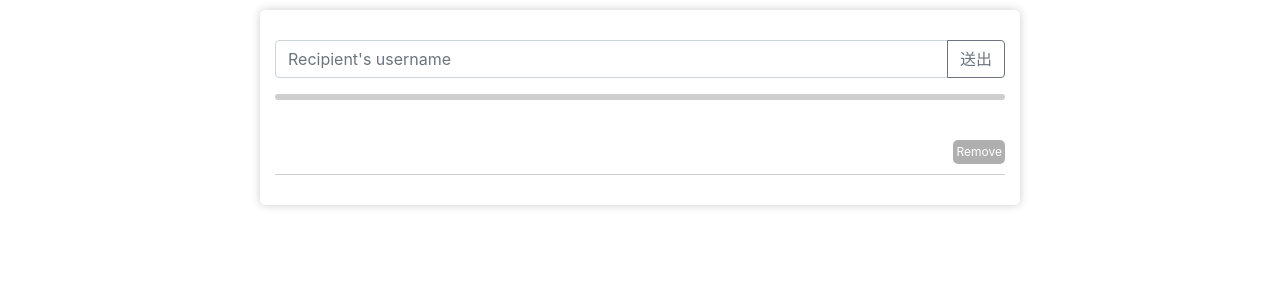
Repository: iian0910/vue3_todoList
Page: /
The author's editor kept a copy of each file at every save. The page is drawn from the files as they stood at one save, then again after the next save.
The browser window is 1280 px wide. The pictures show the whole page.
The project was rebuilt for these pictures with package versions that can differ from the ones it lists, and the page was loaded fresh each time.

Above is the page before, as saved 2021-02-23 16:57:53.

### src/App.vue
<template>
  <TodoList/>
</template>

<script lang="ts">
import { defineComponent } from 'vue'
import TodoList from './components/TodoList.vue'

export default defineComponent({
  name: 'App',
  components: {
    TodoList
  }
})
</script>

<style lang="scss">
@import './assets/scss/all';
</style>

### src/assets/scss/all.scss
@import '~bootstrap/scss/bootstrap.scss';
@import './helpers/variables';

### src/components/TodoList.vue
<template>
  <div class="container">
    <div class="row">
      <div class="col-8 offset-2 content">
        <!-- input 輸入框 -->
        <div class="input-group mb-3">
          <input
            type="text"
            class="form-control"
            placeholder="Recipient's username"
            v-model="newTodo">
          <div class="input-group-append">
            <button
              class="btn btn-outline-secondary"
              type="button"
              @click="addTodo">送出</button>
          </div>
        </div>
        <!---->

        <div class="segmentation"></div>

        <!-- List 展示 -->
        <ul class="list">
          <li class="list-item d-flex justify-content-between align-items-center" v-for="(todo, index) in todoList" :key="index">
            <label class="list-item-title m-0 p-0">{{todo.title}}</label>
            <div
              class="remove-list"
              @click="removeTodo(index)">Remove</div>
          </li>
        </ul>
        <!---->
      </div>
    </div>
  </div>
</template>
<script lang="ts">
import { onMounted, onUpdated, reactive, ref } from 'vue'

interface Todo {
  // eslint-disable-next-line @typescript-eslint/member-delimiter-style
  id: string
  // eslint-disable-next-line @typescript-eslint/member-delimiter-style
  title: string
}

export default {
  name: 'TodoList',
  setup () {
    // ref:
    // 可以接受「任何型態」的資料
    // 但是不會對「物件」或「陣列」內部的屬性變動做監聽

    // reactive
    // 「只接受」物件或陣列，可以做深層的監聽
    // 以及取得資料不需要 「.value」
    const newTodo = ref('')
    const todoList = reactive<Todo[]>([])

    // methods
    function addTodo () {
      if (newTodo.value) {
        todoList.push({
          id: Math.floor(Date.now()).toString(),
          title: newTodo.value
        })
        const _todolist = JSON.stringify(todoList)
        localStorage.setItem('todoList', _todolist)
        newTodo.value = ''
      }
    }

    function removeTodo (idx: number) {
      console.log('index', idx)
      todoList.splice(idx, 1)
    }

    // lifeCycle
    onMounted(() => {
      console.log('onMounted')
      const data = localStorage.getItem('todoList')
      console.log('data', data)
      console.log('data-typeOf', typeof (data))
      const data2 = data ? JSON.parse(data) : ''
      console.log('data-typeOf', typeof (data2))
      todoList.push(data2)
    })

    // return
    return {
      todoList,
      newTodo,
      addTodo,
      removeTodo
    }
  }
}
</script>

<style lang="scss">
.content{
  padding: 30px;
  margin: 10px auto;
  border-radius: 5px;
  box-shadow: 0px 0px 10px 0px rgba(0, 0, 0, 0.2);
}
.segmentation{
  margin-bottom: 30px;
  border-bottom: 6px solid rgb(206, 206, 206);
  border-radius: 3px;
}
.list{
  padding: 0;
  margin: 0;
  list-style: none;
}
.list-item{
  padding: 10px 0;
  margin-bottom: 0;
  border-bottom: 1px solid rgb(206, 206, 206);
}
.remove-list{
  padding: 3px;
  border-radius: 5px;
  background-color: rgb(175, 175, 175);
  font-size: 12px;
  color: white;
  cursor: pointer;
  &:hover{
    background-color: rgb(250, 75, 113);
  }
}
</style>

Loaded but not shown: public/index.html (common file); src/main.ts (common file); src/assets/scss/helpers/_variables.scss (1146 lines, source omitted)

After the next save:
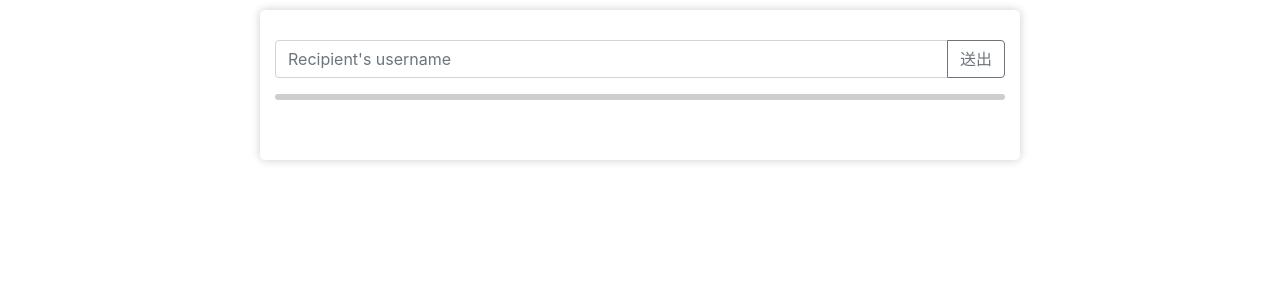
Console error (its wording comes from the project's code and is left out).
Saved 53 s later.
--- a/src/components/TodoList.vue
+++ b/src/components/TodoList.vue
@@ -81,7 +81,7 @@
       const data = localStorage.getItem('todoList')
       console.log('data', data)
       console.log('data-typeOf', typeof (data))
-      const data2 = data ? JSON.parse(data) : ''
+      const data2 = data ? JSON.parse(data) : JSON.parse('')
       console.log('data-typeOf', typeof (data2))
       todoList.push(data2)
     })

After the 3 saves that followed:
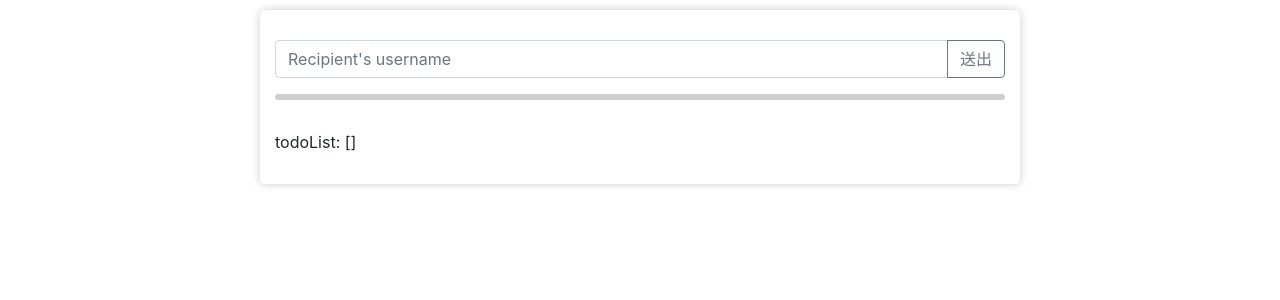
The error is gone.
The 3 saves are shown as one change because 2 left the picture as it was.
The last was saved 3 min 17 s later.
--- a/src/components/TodoList.vue
+++ b/src/components/TodoList.vue
@@ -21,6 +21,7 @@
         <div class="segmentation"></div>
 
         <!-- List 展示 -->
+        todoList: {{todoList}}
         <ul class="list">
           <li class="list-item d-flex justify-content-between align-items-center" v-for="(todo, index) in todoList" :key="index">
             <label class="list-item-title m-0 p-0">{{todo.title}}</label>
@@ -77,13 +78,11 @@
 
     // lifeCycle
     onMounted(() => {
-      console.log('onMounted')
       const data = localStorage.getItem('todoList')
-      console.log('data', data)
-      console.log('data-typeOf', typeof (data))
-      const data2 = data ? JSON.parse(data) : JSON.parse('')
-      console.log('data-typeOf', typeof (data2))
-      todoList.push(data2)
+      if (data) {
+        const data2 = JSON.parse(data)
+        todoList.push(data2)
+      }
     })
 
     // return
